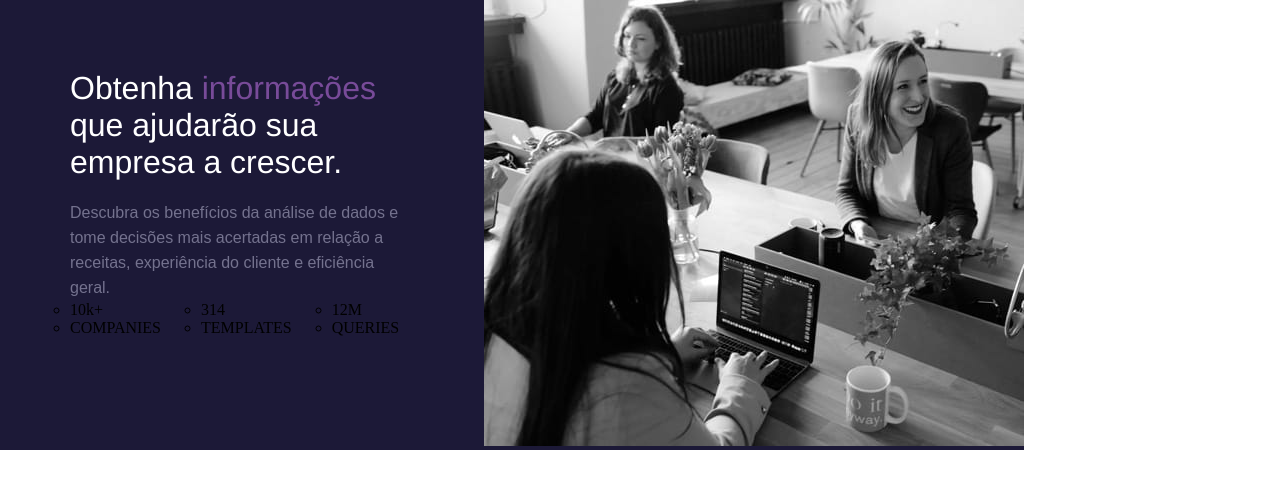
Repository: caique2512/componentes-de-estatisticas
Page: index.html
These files come from the project's save history. The page is drawn as it stood at one moment and after the next save; the edit follows.
The browser window is 1280 px wide. The pictures show the whole page.

Above is the page before, as saved 2026-03-03 17:23:49.

After the next save:
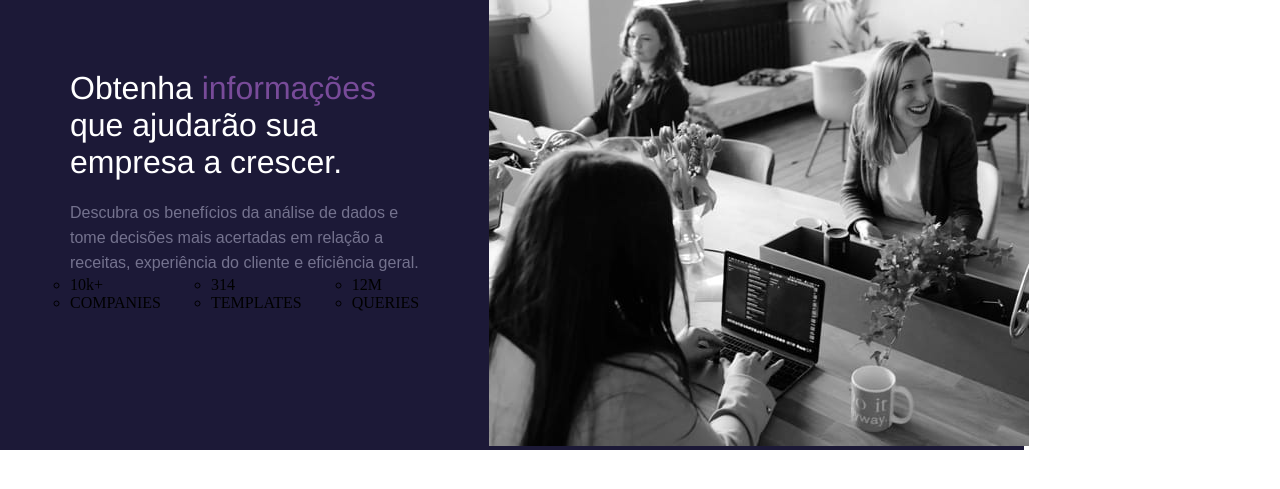
Saved 7 s later.
--- a/src/estilos.css
+++ b/src/estilos.css
@@ -28,5 +28,5 @@
 
 .conteudo-principal .estatisticas {
     display: flex;
-    gap: 40px;
+    gap: 50px;
 }
